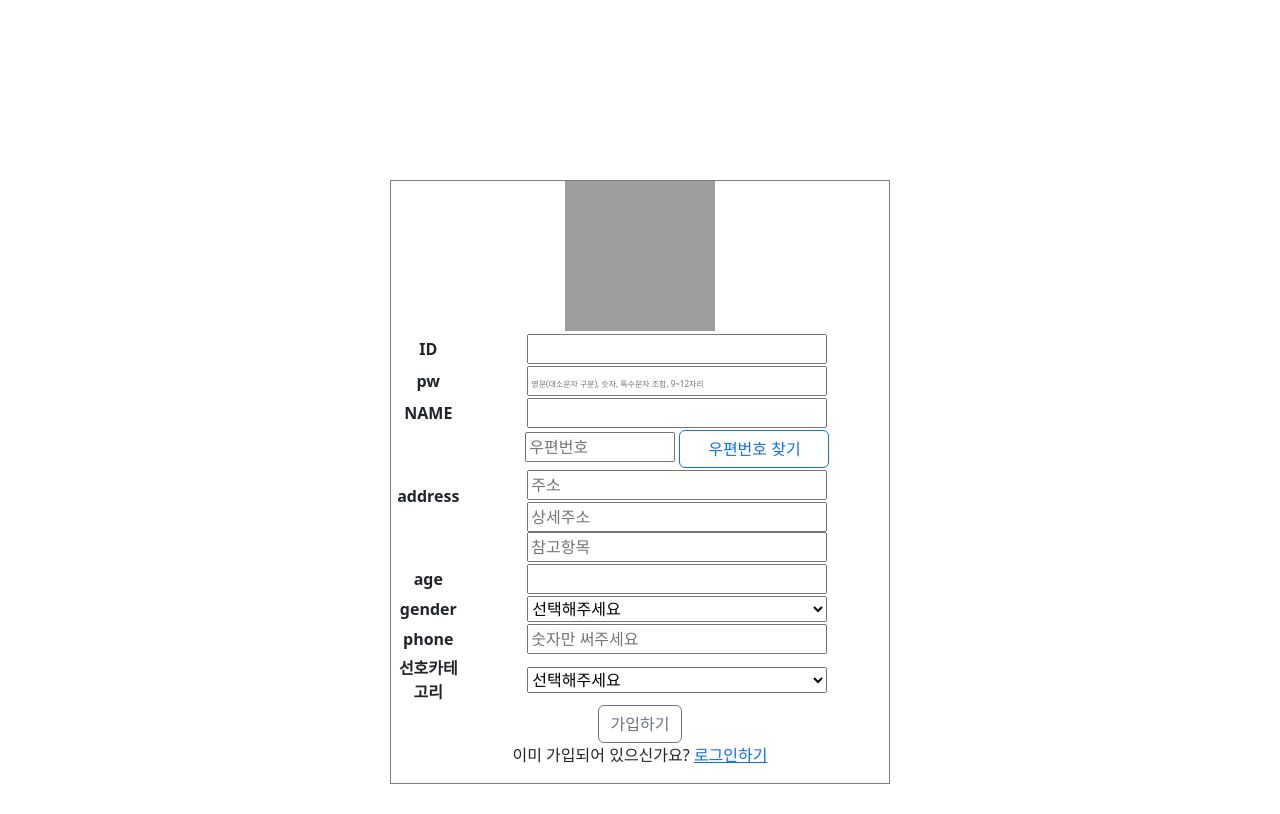
Repository: bongbongi/book1
Page: http://localhost/book/WEB-INF/views/member/memberJoin.jsp
These files come from the project's save history. The page is drawn as it stood at one moment and after the next save; the edit follows.
The browser window is 1280 px wide. The pictures show the whole page.
Pictures or frames that could not be fetched are drawn as grey boxes. Some web libraries are served in a nearby version. The page is served by Tomcat 9. Nobody is signed in. The template is opened directly, without the code that normally fills it, so the values that code supplies are empty.

Above is the page before, as saved 2023-01-09 06:49:50.

After the next save:
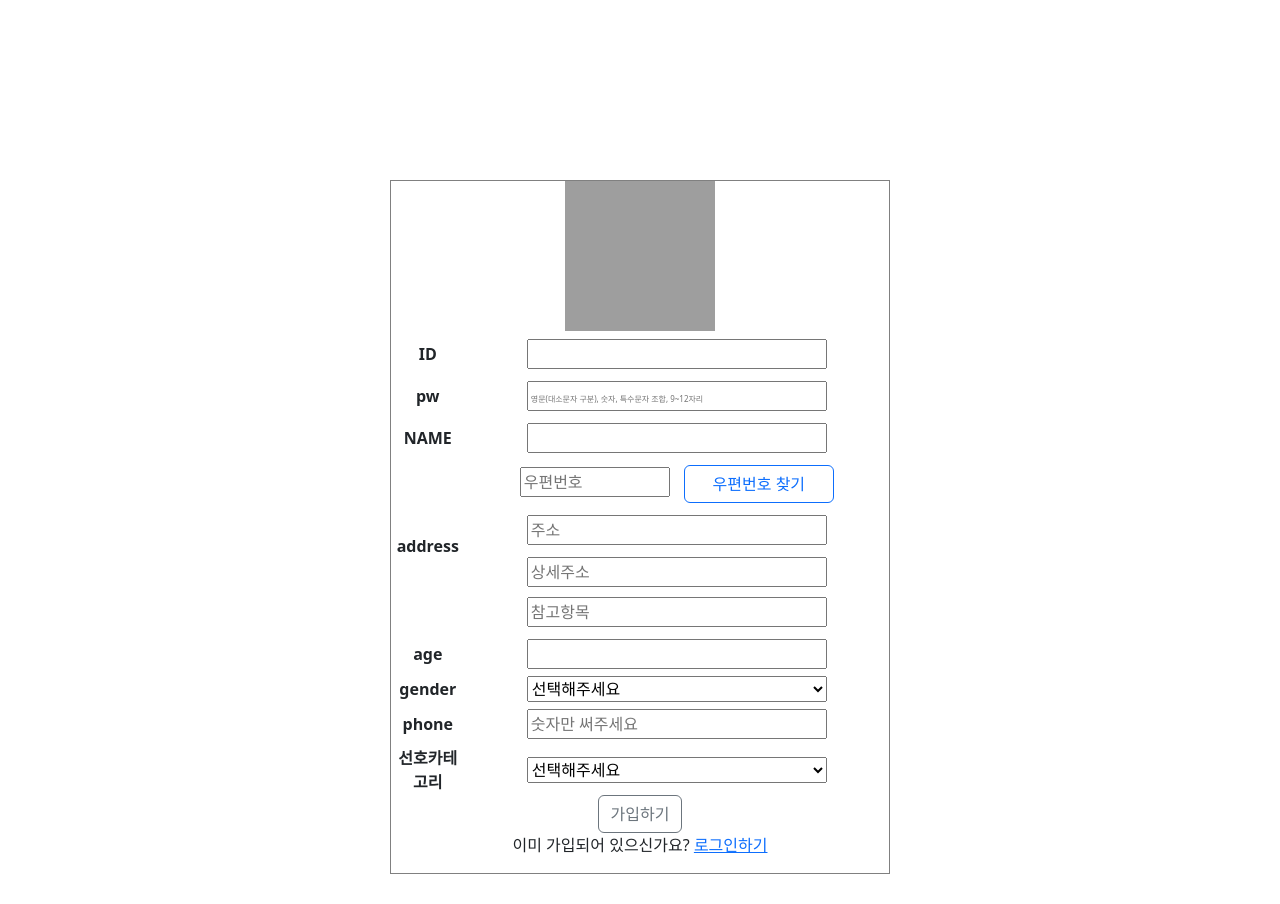
Saved 2 min 32 s later.
--- a/book/src/main/webapp/WEB-INF/views/member/memberJoin.jsp
+++ b/book/src/main/webapp/WEB-INF/views/member/memberJoin.jsp
@@ -10,83 +10,9 @@
 rel="stylesheet" integrity="sha384-Zenh87qX5JnK2Jl0vWa8Ck2rdkQ2Bzep5IDxbcnCeuOxjzrPF/et3URy9Bv1WTRi"
 crossorigin="anonymous">
 <script src="https://kit.fontawesome.com/92e616dfba.js" crossorigin="anonymous"></script>
+<link href="../resources/css/memberJoin.css" type="text/css" rel="stylesheet">
 <title>회원가입</title>
-<style type="text/css">
-body{
-	text-align: center;
-	margin:0 auto;
-	width: 100%;
-	padding-top : 150px;
-}
-.logo>a>img{
-	width: 150px;
-	height: 150px;
-}
-.join-container{
-	border: 1px solid gray;
-	width: 500px;
-	height: 100%;
 
-	margin: 30px auto;
-
-	/* display: flex;
-	align-items: center;
-	justify-content: center; */
-}
-table>tr,
-table>td{
-	text-align: center;
-}
-#mem_pw::placeholder{
-	font-size:8px;
-}
-/* 아이디 사용 가능 여부 */
-.id_ok{
-color:#008000;
-display: none;
-}
-
-.id_duplicate{
-color:#ff0000;
-display: none;
-}
-.id_null{
-color:#ff0000;
-display: none;
-}
-.pw_ok{
-color:#008000;
-display: none;
-}
-
-.pw_rewrite{
-color:#ff0000;
-display: none;
-}
-.pw_null{
-color:#ff0000;
-display: none;
-}
-.cellNum_ok{
-color:#008000;
-display: none;
-}
-
-.cellNum_duplicate{
-color:#ff0000;
-display: none;
-}
-.cellNum_null{
-color:#ff0000;
-display: none;
-}
-.join-input {
-	width: 300px;
-}
-.zip {
-	width: 150px;
-}
-</style>
 </head>
 <body>
 	<form action="/mem/join" method="post">
